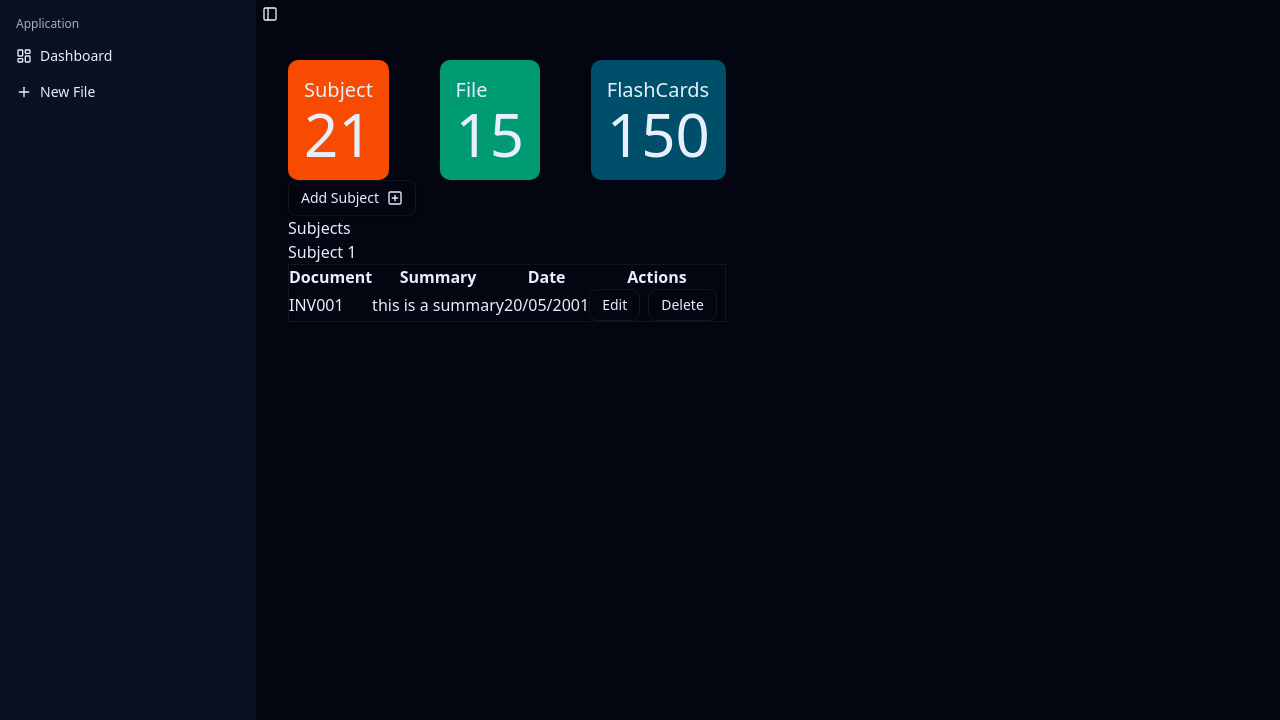
Repository: SywarDer/Student-Assistance
Page: /dashboard (app in student-assistant/)
The author's editor kept a copy of each file at every save. The page is drawn from the files as they stood at one save, then again after the next save.
The browser window is 1280 px wide. The pictures show the whole page.
The project was rebuilt for these pictures with package versions that can differ from the ones it lists, and the page was loaded fresh each time. The framework's server and built-in components were replaced by stand-ins that run in the browser. Also part of the build but not shown: student-assistant/next.config.ts, student-assistant/components/ui/input.tsx, student-assistant/components/ui/separator.tsx, student-assistant/components/ui/skeleton.tsx. Imported but missing from the stored project, and not drawn on this page: student-assistant/components/ui/sheet.

Above is the page before, as saved 2025-10-30 20:33:09.

After the next save:
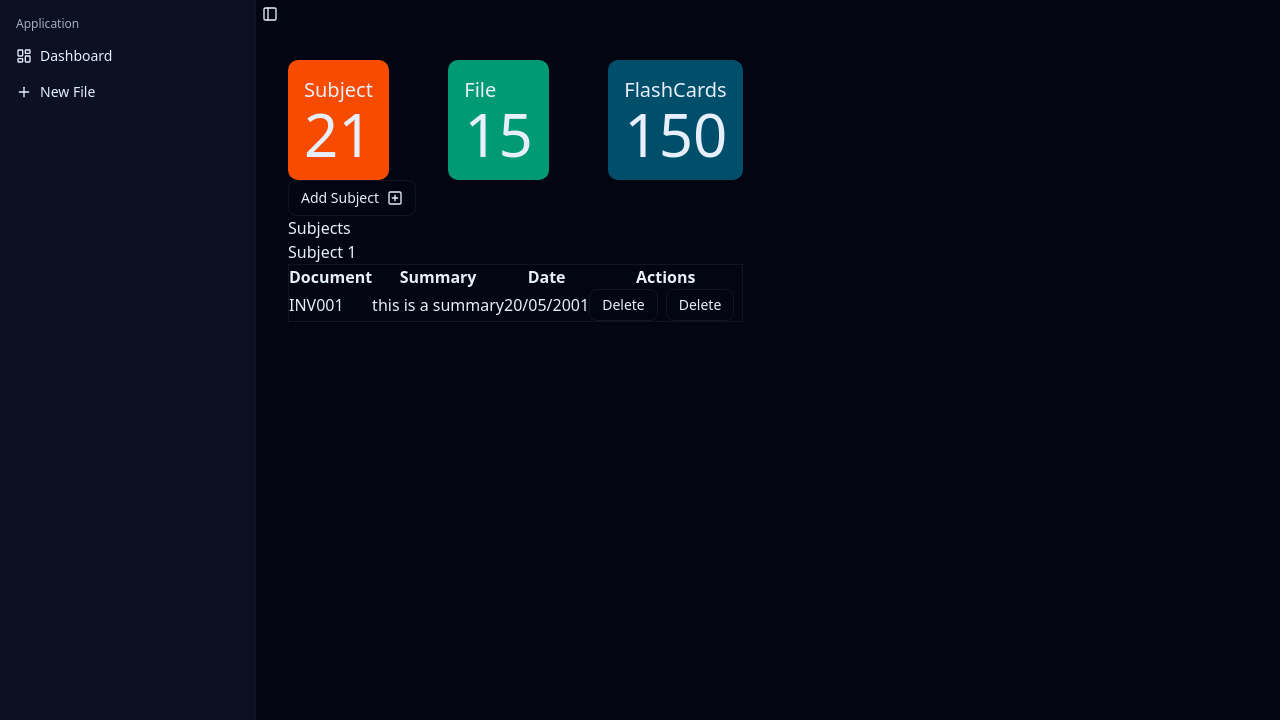
Saved 7 s later.
--- a/student-assistant/app/dashboard/page.tsx
+++ b/student-assistant/app/dashboard/page.tsx
@@ -13,7 +13,7 @@ export default function Dashboard() {
             date: "20/05/2001",
             summary: "this is a summary",
             actions: <div>
-                <Button variant="outline" size="sm" className="mr-2">Edit</Button>
+                <Button variant="outline" size="sm" className="mr-2">Delete</Button>
                 <Button variant="outline" size="sm" className="mr-2">Delete</Button>
             </div>,
         }
